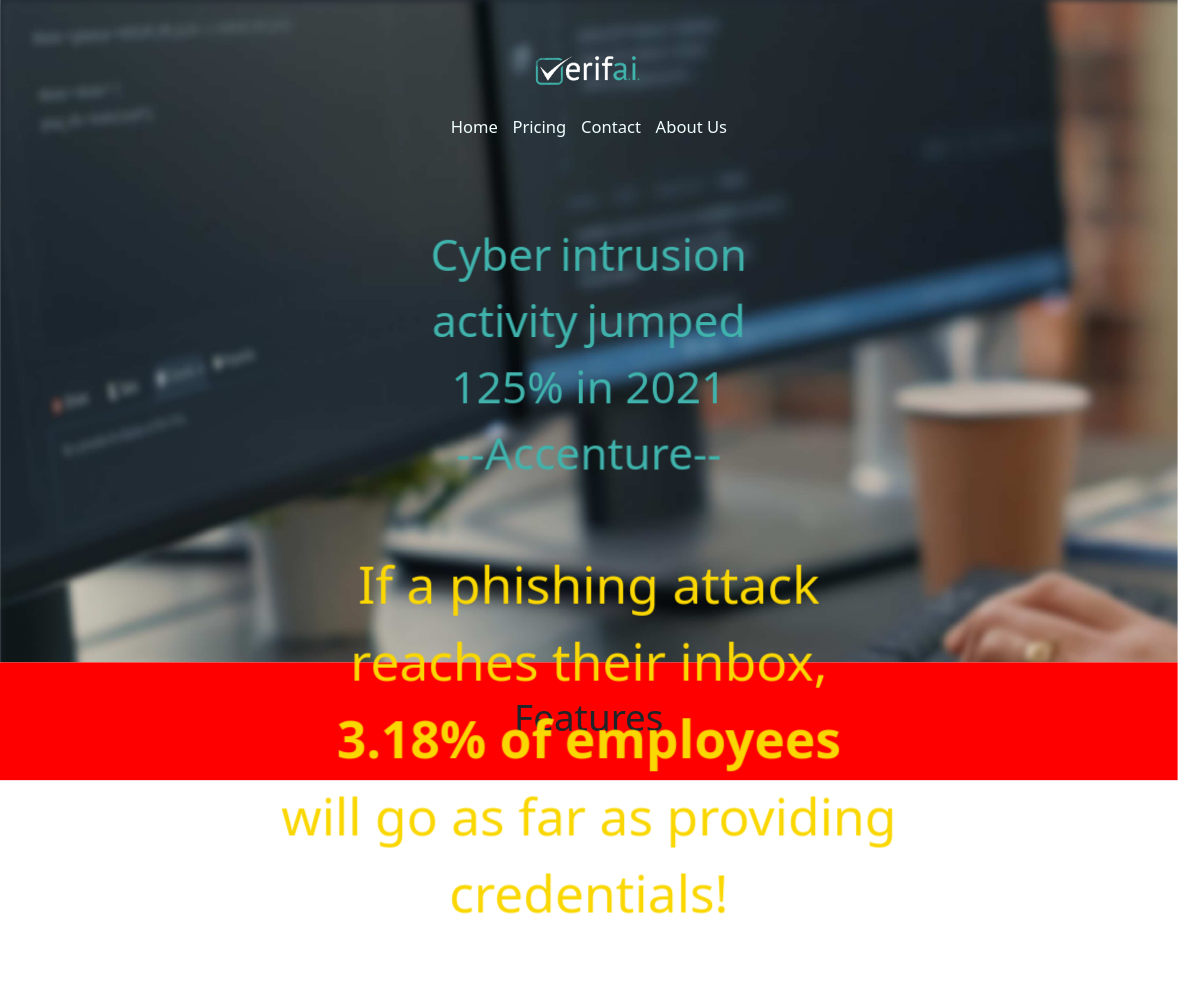
Repository: Ali-VB/verif-website
Page: /
The author's editor kept a copy of each file at every save. The page is drawn from the files as they stood at one save, then again after a run of saves.
The browser window is 1280 px wide. The pictures show the whole page, at 92% of full size.
The project was rebuilt for these pictures with package versions that can differ from the ones it lists, and the page was loaded fresh each time.

Above is the page before, as saved 2022-04-19 10:03:11.

### src/index.css
 body {
  margin: 0;
  padding: 0;
  font-family: -apple-system, BlinkMacSystemFont, 'Segoe UI', 'Roboto', 'Oxygen',
    'Ubuntu', 'Cantarell', 'Fira Sans', 'Droid Sans', 'Helvetica Neue',
    sans-serif;
  -webkit-font-smoothing: antialiased;
  -moz-osx-font-smoothing: grayscale;
}

/* code {
  font-family: source-code-pro, Menlo, Monaco, Consolas, 'Courier New',
    monospace;
}  */

### src/App.js
import React from "react";
import './App.css'
import Navbar from './components/Navbar/Navbar';
import Features from './components/Features/Features'
import Header from './components/Header/Header'


function App() {
  return (
    <div>
      <div className="nav-bg">
        <Navbar />
        <Header />

      </div>
       <Features />
    </div>

  );
}

export default App;

### src/App.css

.nav-bg{
    background-image: url("./Assets/imgs/nav-bg.png");
    height: 100vh;
}

### src/components/Navbar/Navbar.jsx
import React from "react";
import "./Navbar.css";
import verifLogo from "../../Assets/imgs/logo_verif_white.png";
import Header from "../Header/Header";

function Navbar() {
  return (
    <div className="container">
      <div className=" navbar">
        <img className="verif-logo" src={verifLogo} alt="verif-logo" />
        <ul className="navLink">
          <li>Home</li>
          <li>Pricing</li>
          <li>Contact</li>
          <li>About Us</li>
        </ul>
      </div>
    </div>
  );
}

export default Navbar;

### src/components/Features/Features.jsx
import React from 'react'
import './Features.css'
const Features = () => {
  return (
    <div>
      <div className="features-title-section">
        <h1 className="features-title">Features</h1>
      </div>
      <div className="features-section">

      </div>
    </div>
  )
}

export default Features

### src/components/Header/Header.jsx
import React from "react";
import "./Header.css";

export default function Header() {
  return (
    <div className="header-animated">
      <div className="text-first">
        <span className="text-first-span">Cyber</span>
        <span className="text-first-span">intrusion</span>
        <span className="text-first-span">activity</span>
        <span className="text-first-span">jumped</span>
        <span className="text-first-span">125% in 2021</span>
        <span className="text-first-span">--Accenture--</span>
      </div>
      <div className="text-second">
        <span className="text-second-span">If a phishing attack reaches their inbox,</span>
        <span className="text-second-span">3.18% of employees</span>
        <span className="text-second-span">
          will go as far as providing credentials!
        </span>
      </div>
    </div>
  );
}

### src/components/Navbar/Navbar.css

.navbar{
    display: flex;
    flex-direction: column;
    justify-content: center;
    height:10rem;
}
.verif-logo{
    width: 8rem;
    margin-top: 3rem;
}
.verif-logo:hover{
    cursor: pointer;
}
.navLink{
    margin: 0;
    padding:0;
    list-style-type: none;
    display: flex;
    color: azure;
    font-size: 18px;
    gap: 1rem;

}
.navLink:hover{
    cursor: pointer;
}

### src/components/Features/Features.css
.features-title-section{
    height: 8rem;
    background-color: red;
    display: flex;
    justify-content: center;
    align-items: center;
}
.features-title{

}
.features-section{

}

### src/components/Header/Header.css
.header-animated{
    overflow-wrap:break-word;
    margin:0 auto;
    padding: 3rem 5rem;
}

.text-first {
    padding: 2rem 2rem;
    color: #40B3AC;
    font-size:3rem;
    width: 40%;
    margin: 0 auto;
    text-align: center;
    transform: scale(0.94);
    animation: scale 2s forwards cubic-bezier(0.5, 1, 0.89, 1);
  }
.text-second {
    padding: 2rem 2rem;
    color: #FAD700;
    font-size:3.5rem;
    width: 70%;
    margin: 0 auto;
    text-align: center;
    transform: scale(0.94);
    animation: scale 3s forwards cubic-bezier(0.5, 1, 0.89, 1);
  }
  @keyframes scale {
    100% {
      transform: scale(1);
    }
  }

  .text-first-span {
    display: inline-block;
    opacity: 0;
    filter: blur(4px);
  }

  .text-first-span:nth-child(1) {
    animation: fade-in 1s 0.1s forwards cubic-bezier(0.11, 0, 0.5, 0);
    margin: 0 0.3rem;
  }

  .text-first-span:nth-child(2) {
    animation: fade-in 1s 0.3s forwards cubic-bezier(0.11, 0, 0.5, 0);
    margin: 0 0.3rem;
  }

  .text-first-span:nth-child(3) {
    animation: fade-in 1s 0.5s forwards cubic-bezier(0.11, 0, 0.5, 0);
    margin: 0 0.3rem;
  }

  .text-first-span:nth-child(4) {
    animation: fade-in 1s 0.7s forwards cubic-bezier(0.11, 0, 0.5, 0);
    margin: 0 0.3rem;
  }

  .text-first-span:nth-child(5) {
    animation: fade-in 1s 0.9s forwards cubic-bezier(0.11, 0, 0.5, 0);
    margin: 0 0.3rem;
  }
  .text-first-span:nth-child(6) {
    animation: fade-in 1s 0.9s forwards cubic-bezier(0.11, 0, 0.5, 0);
    margin: 0 0.3rem;
  }

  .text-second-span {
    display: inline-block;
    opacity: 0;
    filter: blur(4px);
  }

  .text-second-span:nth-child(1) {
    animation: fade-in 1.2s 2.2s forwards cubic-bezier(0.11, 0, 0.5, 0);
    margin: 0 0.3rem;
  }

  .text-second-span:nth-child(2) {
    animation: fade-in 1.8s 2.6s forwards cubic-bezier(0.11, 0, 0.5, 0);
    margin: 0 0.3rem;
    font-weight: bolder;
  }

  .text-second-span:nth-child(3) {
    animation: fade-in 1.2s 3.6s forwards cubic-bezier(0.11, 0, 0.5, 0);
    margin: 0 0.3rem;
  }


  @keyframes fade-in {
    100% {
      opacity: 1;
      filter: blur(0);
    }
  }

  @media only screen and (max-width: 992px) {
    .text-first {
        margin-top: 3rem;
        margin-bottom: 2rem;
        padding: 0.1rem 0.1rem;
        width: 90%;
        font-size:3.5rem;


      }
      .text-second {
        padding: 0.1rem 0.1rem;
        width: 90%;
        font-size:4rem;

      }
  }

  @media only screen and (max-width: 768px) {
    .text-first {
        margin-top: 4.5rem;
        margin-bottom: 3rem;
        padding: 0.1rem 0.1rem;
        width: 90%;
        font-size:1.5rem;


      }
    .text-second {
        padding: 0.1rem 0.1rem;
        width: 90%;
        font-size:2.1rem;

      }
  }

Loaded but not shown: public/index.html (common file); src/index.js (common file); src/reportWebVitals.js (common file)

After the next 5 saves:
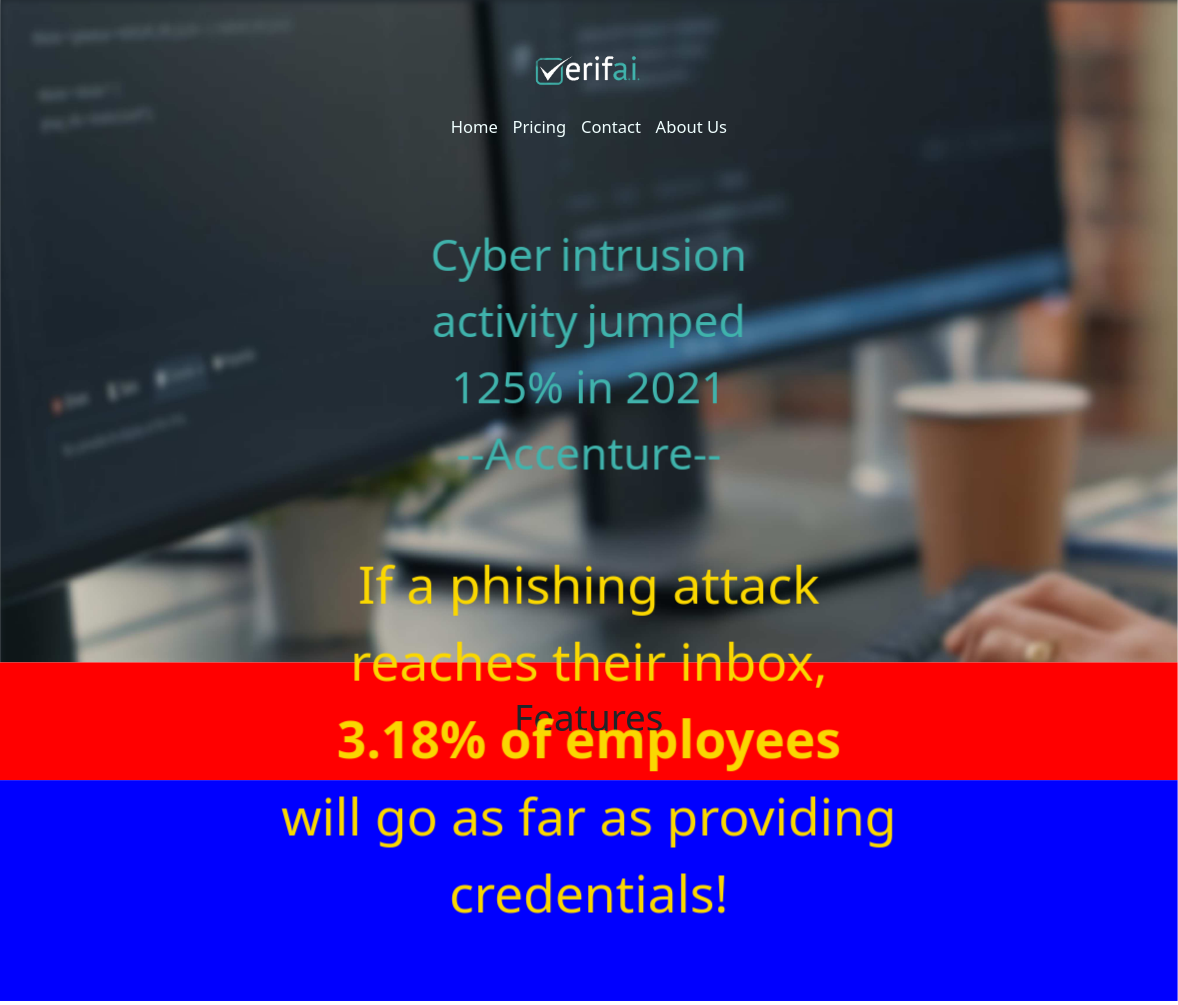
The 5 saves are shown as one change because they came seconds apart.
The last was saved 22 s later.
--- a/src/components/Features/Features.css
+++ b/src/components/Features/Features.css
@@ -9,5 +9,6 @@
 
 }
 .features-section{
-
+    height: 15rem;
+    background-color: blue;
 }
